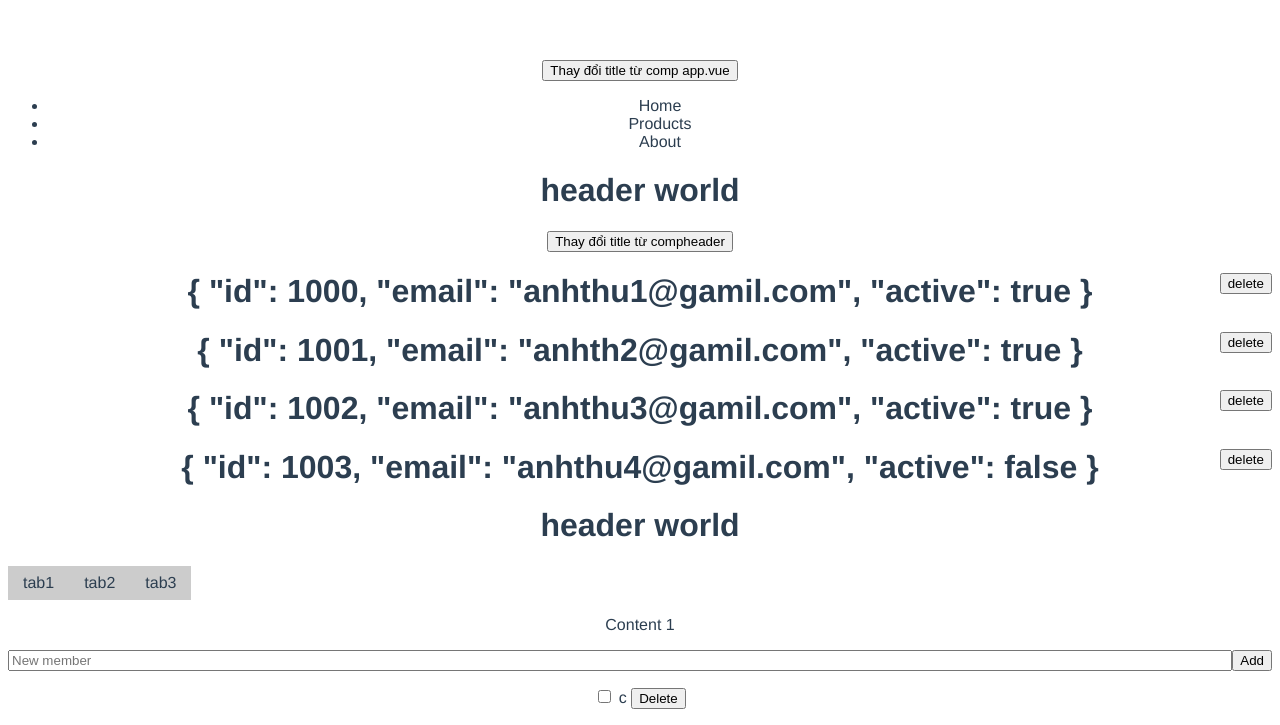
Repository: anhthu112/Todo-list
Page: /
The author's editor kept a copy of each file at every save. The page is drawn from the files as they stood at one save, then again after the next save.
The browser window is 1280 px wide. The pictures show the whole page.
The project was rebuilt for these pictures with package versions that can differ from the ones it lists, and the page was loaded fresh each time. Requests to the local data server were answered from the project's data file. Also part of the build but not shown: vue.config.js.

Above is the page before, as saved 2024-01-31 14:22:21.

### src/App.vue
<template>
  <div class="container">
    <button v-on:click="title='Yoon Jeonghan'">Thay đổi title từ comp app.vue</button>
    <CompHeader v-bind:titles="title"
    v-on:changeTitleEvents="changeTitleEvent"
    />
    <ListUser v-bind:listUser="listUser"
    v-on:deleteEvent="handleDeleteUser"
    />
    <ComFooter v-bind:title="title"/>
    <DemoRef>
      <p>mệt quá em muốn về nhà</p>
    </DemoRef>
  </div>
  <CompTodo/>

</template>

<script>
import CompHeader from './components/CompHeader.vue';
import ComFooter from './components/ComFooter.vue';
import ListUser from './components/ListUser.vue';
import DemoRef from './components/DemoRef.vue';
import CompTodo from './components/CompTodo.vue';

export default {
  name: 'App',
  data(){
    return {
      title:'header world',
      listUser : [
        {id:1000, email:'anhthu1@gamil.com', active: true},
        {id:1001, email:'anhth2@gamil.com', active: true},
        {id:1002, email:'anhthu3@gamil.com', active: true},
        {id:1003, email:'anhthu4@gamil.com', active: false}
      ],

      textSvt: "Seventen",
    }
  },
  components: {
    CompHeader,
    ComFooter,
    ListUser,
    DemoRef,
    CompTodo,
},
  methods:{
    changeTitleEvent(){
      console.log('sucess');
      this.title="Hello Anna";
    },
    handleDeleteUser(data) {
  console.log('mit moi', data);
  this.listUser = this.listUser.filter(a => a.id !== data.id);
  console.log(this.listUser);
}

  }
}
</script>

<style>
#app {
  font-family: Avenir, Helvetica, Arial, sans-serif;
  -webkit-font-smoothing: antialiased;
  -moz-osx-font-smoothing: grayscale;
  text-align: center;
  color: #2c3e50;
  margin-top: 60px;
}
</style>

### src/components/CompHeader.vue
<template>
    <nav>
        <ul>
            <li>Home</li>
            <li>Products</li>
            <li>About</li>
        </ul>
    </nav>
    <header>
        <h1>{{ titles }}</h1>
    </header>
    <button v-on:click="changeHeader">Thay đổi title từ compheader</button>
</template>
<script>
    export default{
        name: 'comp-header',
        props:{
            titles: String,
        },
        data (){
            return {
            }
        },
        methods:{
            changeHeader(){
                console.log('before');
                this.$emit('changeTitleEvents');
                console.log('after');
            }
        }
    }
</script>

### src/components/ComFooter.vue
<template>
    <footer>
            <h1>{{ title }}</h1>
    </footer>

</template>
<script>
    export default{
        name: 'comp-footer',
        props: {
            title: String,
        }
    }
</script>

### src/components/ListUser.vue
<template>
    <div class="list-user">
      <User v-for="users in listUser" v-bind:key="users.id" v-bind:user="users"
      v-on:deleteUsert="deleteUser"
       />
      <h2> {{ text }}</h2>
    </div>
</template>

  <script>
  import User from './User.vue';
  export default {
    name: 'ListUser',
    props: {
      listUser: {
        type: Array,
      },
      text: {
        type: String,
      }
    },
    components: {
      User,
    },
    methods:{
      deleteUser(data){
        this.$emit('deleteEvent', data)
        console.log('delete trong listuser',data)
      }
    }
  };
  </script>

### src/components/DemoRef.vue
<template>
    <CompTask>
        <ul class='tabs-header'>
            <li v-for="(item,index) in tabsHeader"
            v-bind:key="index"
            v-on:click="changeTab(index)"
            v-bind:class="{active: tabActive==index}"
            >{{ item.text }}</li>
        </ul>
        <div class="tab-content tab1" v-if="tabActive === 0">
            <p>Content 1</p>
        </div>
        <div class="tab-content tab2"  v-if="tabActive === 1">
            <p>Content 2</p>
        </div>
        <div class="tab-content tab3"  v-if="tabActive === 2">
            <p>Content 3</p>
        </div>
    </CompTask>
</template>

<script>
import CompTask from './CompTask.vue'
export default {
    name: 'demo-slot',
    components: {
        CompTask
    },
    data(){
        return {
            tabsHeader:[
                {text: 'tab1'},
                {text: 'tab2'},
                {text: 'tab3'},

            ],
            tabActive : 0
        }
    },
    methods: {
            changeTab(index){
                this.tabActive=index;
            }
        }
}
</script>
<style>
    .active{
        background: #000;
    }
</style>

### src/components/CompTodo.vue
<template>
    <div>
        <AddTodo @add-todo="addTodo" />
        <TodoItem
            v-for="todoItem in todo"
            :key="todoItem.id"
            :todoProps="todoItem"
            @item-complete="markComplete"
            @deleteItem="deleteItem(todoItem.id)"
        />
    </div>
</template>

<script>
import TodoItem from './TodoItem.vue';
import AddTodo from './AddTodo.vue';
import axios from 'axios';

export default {
    name: 'ToDo',
    data() {
        return {
            todo: []
        };
    },
    methods: {
        async getAlltodo() {
            try {
                const res = await axios.get('http://localhost:3000/posts');
                this.todo = res.data;
                console.log(res.data);
            } catch (err) {
                console.log(err);
            }
        },
        markComplete(todoItem) {
            console.log(todoItem);
            todoItem.completed = !todoItem.completed;
            console.log(todoItem.completed);
        },
        async deleteItem(itemId) {
            try {
                await axios.delete(`http://localhost:3000/posts/${itemId}`);
                console.log(`Item ${itemId} deleted.`);
                this.todo = this.todo.filter(item => item.id !== itemId);
            } catch (err) {
                console.log(err);
            }
        },
        async addTodo(newTodo) {
            try {
                const res = await axios.post('http://localhost:3000/posts', newTodo);
                console.log("New todo added:", res.data);
                this.todo.push(res.data);
            } catch (err) {
                console.log(err);
            }
        }
    },
    mounted() {
        this.getAlltodo();
    },
    components: {
        TodoItem,
        AddTodo,
    },
};
</script>

<style>
</style>

### src/components/User.vue
<template>
    <div class="user">
        <h1>{{ user }}</h1>
        <button class="delete"
        v-on:click="handleDelete"
        >delete</button>
    </div>
</template>
<script>
    export default {
        name: 'userComponent',
        props:{
            user : {
                type: Object,
            }
        },
        methods:{
            handleDelete(){
                var data ={
                    id: this.user.id
                }
                console.log('hello');
                this.$emit('deleteUsert',data)
            }
        },
        data (){
            return {

            }
        }
    }
</script>
<style>
    .user{
        position: relative;
    }
    .delete{
        position: absolute;
        top:0;
        right:0;
    }
</style>

### src/components/CompTask.vue
<template>
    <h1>{{ title }}</h1>
    <slot></slot>
</template>

<script>
export default {
    name: 'comp-task',
    props:{
        title: String,
    },
    data (){
        return {

        }
    },
    methods: {

    }
}
</script>

<style>
    .tabs-header{
        margin:0;
        padding:0;
        display:flex;
        list-style: none;
    }
    .tabs-header li{
        padding: 8px 15px;
        background: #ccc;
        cursor: pointer;
    }
    .tabs-header li:hover{
        background: #333;
        color:#fff;
    }
</style>

### src/components/TodoItem.vue
<template>
    <p :class="['todo-item', todoProps.completed ? 'is-complete' : '']">
      <input type="checkbox" :checked="todoProps.completed" v-on:change="markItemCompleted"/>
      {{ todoProps.title }}
      <button v-on:click="deleteItem" class="btn-delete">Delete</button>
    </p>
  </template>

  <script>
  export default {
      name: 'todo-item',
      data (){
        return {
          // checkMark: this.todoProps.completed,
        }
      },
      props: ['todoProps'],
      methods:{
        markItemCompleted(){
          this.$emit('item-complete',this.todoProps);
        },
        deleteItem(){
          this.$emit('deleteItem', this.todoProps);
        }
      }

  }
  </script>

  <style>
  .todo-item {
  }

  .is-complete {
      text-decoration: line-through;
  }
  </style>

### src/components/AddTodo.vue
<template>
    <form @submit.prevent="addItem">
      <input type="text" placeholder="New member" v-model="title" @input="check" class="input">
      <input type="submit" value="Add" class="add-btn">
    </form>
  </template>

  <script>
  import { ref } from 'vue';
  import { v4 as uuidv4 } from 'uuid';

  export default {
    name: 'AddTodo',
    setup(props, context) {
      const title = ref('');

      const check = () => {
        console.log(title.value);
      };

      const addItem = event => {
        event.preventDefault();
        const newItem = {
          id: uuidv4(), // Sử dụng uuidv4 từ 'uuid' thay vì 'uuidv4' từ 'uuidv4'
          title: title.value,
          completed: false
        };
        context.emit('add-todo', newItem);
        title.value = '';
      };

      return {
        title,
        check,
        addItem,
      };
    },
  };
  </script>

  <style>
  form {
    display: flex;
  }

  .input[type=text] {
    flex: 10;
  }
  </style>

### db.json
{
  "posts": [
    {
      "id": "487a21aa-0c37-458f-a4a2-1da914d3799c",
      "title": "c",
      "completed": false
    }
  ]
}

Loaded but not shown: public/index.html (common file); src/main.js (common file)

After the next save:
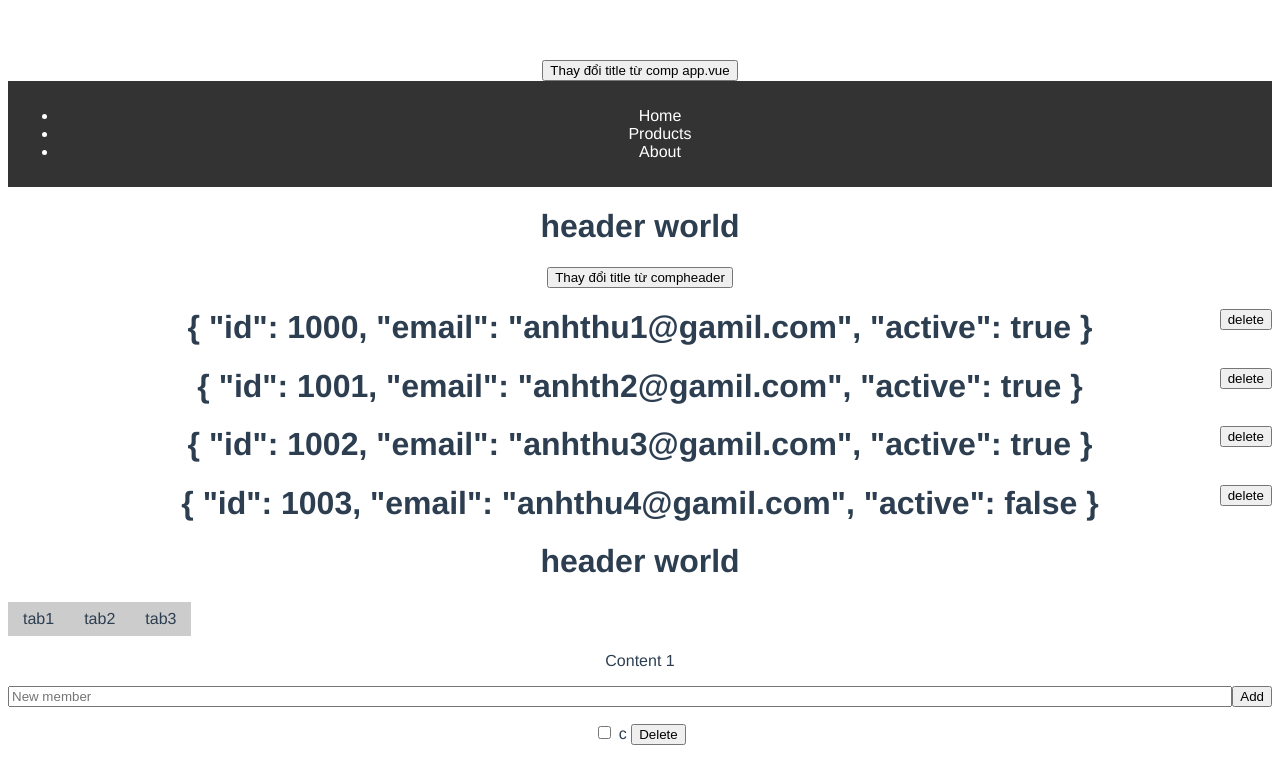
Saved 74 s later.
--- a/src/components/CompHeader.vue
+++ b/src/components/CompHeader.vue
@@ -1,5 +1,5 @@
 <template>
-    <nav>
+    <nav class="nav-link">
         <ul>
             <li>Home</li>
             <li>Products</li>
@@ -30,3 +30,12 @@
         }
     }
 </script>
+<style scoped>
+    nav{
+        background: #333;
+        color: #fff;
+        text-align: center;
+        padding: 10px;
+
+    }
+</style>
